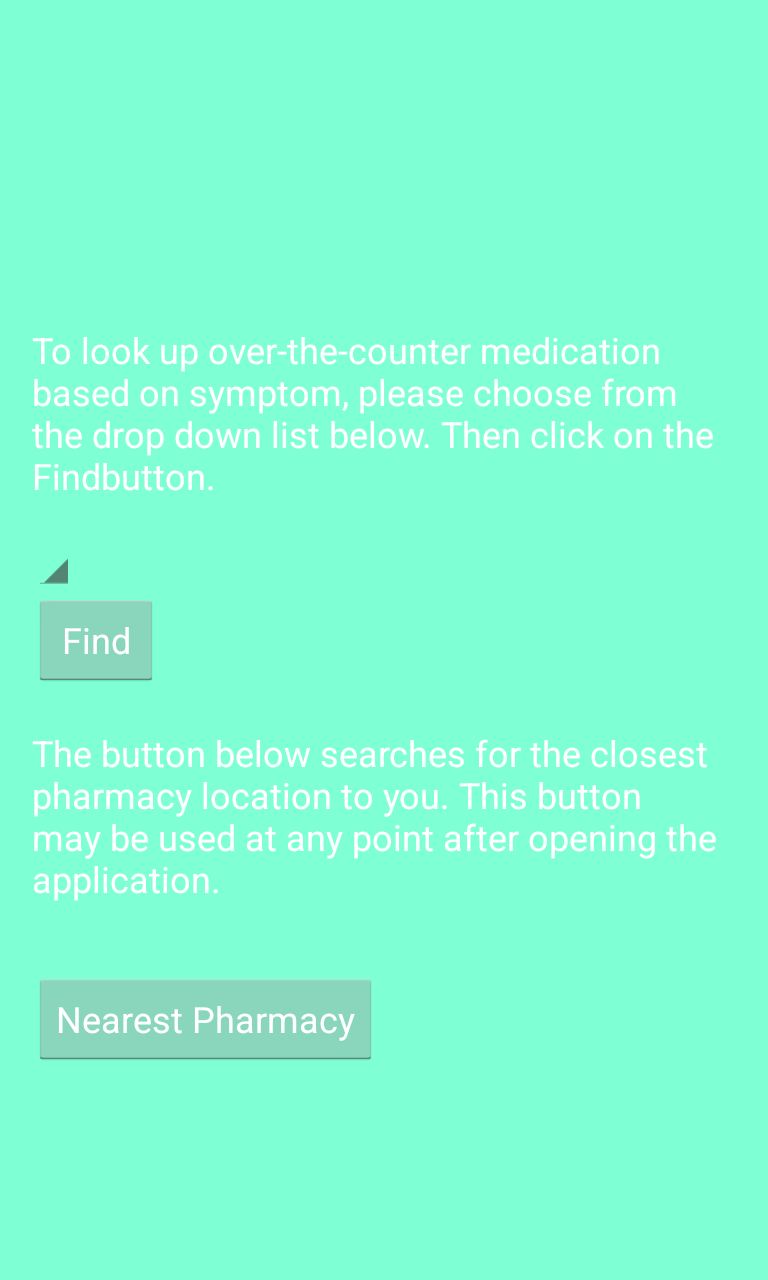
Repository: rosingrr/SympMeds
Layout: app/SympMeds/res/layout/activity_symptom_list.xml
An editor plug-in stored every save of this project. The layout is shown before and after the next save, followed by the edit.
It is drawn on a 768 x 1280 px phone screen (xhdpi) without system bars, with theme AppTheme; the app's code is not run.

Above is the layout before, as saved 2013-08-02 13:43:41.

### app/SympMeds/res/layout/activity_symptom_list.xml
<RelativeLayout xmlns:android="http://schemas.android.com/apk/res/android"
    xmlns:tools="http://schemas.android.com/tools"
    android:layout_width="match_parent"
    android:layout_height="match_parent"
    android:background="@color/aqua_marine"
    android:paddingBottom="@dimen/activity_vertical_margin"
    android:paddingLeft="@dimen/activity_horizontal_margin"
    android:paddingRight="@dimen/activity_horizontal_margin"
    android:paddingTop="@dimen/activity_vertical_margin"
    tools:context=".SymptomList" >

    <Button
        android:id="@+id/button1"
        android:layout_width="wrap_content"
        android:layout_height="wrap_content"
        android:layout_alignLeft="@+id/TextView01"
        android:layout_below="@+id/TextView01"
        android:layout_marginTop="34dp"
        android:text="@string/Button"
        android:textColor="@color/white" />

    <Button
        android:id="@+id/search_button"
        android:layout_width="wrap_content"
        android:layout_height="wrap_content"
        android:layout_alignLeft="@+id/symptom_spinner"
        android:layout_centerVertical="true"
        android:onClick="search"
        android:text="@string/search"
        android:textColor="@color/white" />

    <Spinner
        android:id="@+id/symptom_spinner"
        android:layout_width="wrap_content"
        android:layout_height="wrap_content"
        android:layout_above="@+id/search_button"
        android:layout_alignLeft="@+id/sympInstr_textView" />

    <TextView
        android:id="@+id/TextView01"
        android:layout_width="wrap_content"
        android:layout_height="wrap_content"
        android:layout_alignLeft="@+id/search_button"
        android:layout_below="@+id/search_button"
        android:layout_marginTop="20dp"
        android:text="@string/symptom_instructions1"
        android:textColor="@color/white"
        android:textSize="18" />

    <TextView
        android:id="@+id/sympInstr_textView"
        android:layout_width="wrap_content"
        android:layout_height="wrap_content"
        android:layout_above="@+id/symptom_spinner"
        android:layout_centerHorizontal="true"
        android:layout_marginBottom="14dp"
        android:text="@string/symptom_instructions"
        android:textColor="@color/white"
        android:textSize="18" />

</RelativeLayout>

### app/SympMeds/res/values/Colors.xml
<?xml version="1.0" encoding="utf-8"?>
<resources>
    <color name = "white">#ffffffff</color>
    <color name = "aqua_marine">#ff66cccc</color>
</resources>

### app/SympMeds/res/values/colors.xml
<?xml version="1.0" encoding="utf-8"?>
<resources>
    <color name="red">#ffff0000</color>
    <color name="green">#ff00ff00</color>
    <color name="blue">#ff0000ff</color>
    <color name="transparent_red">#ffff0000</color>
    <color name="steel_blue">#ff4682B4</color>
    <color name="crimson">#ffdc143c</color>
    <color name="sea_green">#ff2e8b57</color>
    <color name="aqua_marine">#ff7fffd4</color>
    <color name="white">#ffffffff</color>
    <color name="darker_aqua_marine">#ff3f7f6a</color>
    <color name="color1">#ff66cccc</color>
    <color name="color2">#ff33cccc</color>
    <color name="color3">#ff00cccc</color>
</resources>

### app/SympMeds/res/values/strings.xml
<?xml version="1.0" encoding="utf-8"?>
<resources>

    <string name="app_name">SympMeds</string>
    <string name="action_settings">Settings</string>
    <string name="nearest_pharmacy">Nearest Pharmacy</string>
    <string name="welcome">This app is not meant to be used as a replacement of a doctor. If symptoms become severe and/ or persistent we recommend you see a doctor immediately.</string>
    <string name="start">Get Started</string>

    <string name="title_activity_symptom_list">SymptomList</string>
    <string name="symptom_instructions">To look up over-the-counter medication based on symptom, please choose from the drop down list below. Then click on the "Find" button.</string>
    <string name="search">Find</string>
    <string name="symptoms">Symptoms</string>
    <string name="symptom_instructions1">The button below searches for the closest pharmacy location to you. This button may be used at any point after opening the application.</string>
    <string name="Button">Nearest Pharmacy</string>

    <string name="title_activity_drug_list">DrugList</string>
    <string name="symptom_name">name of symptom</string>
    <string name="symptom_description">description of symptom</string>
    <string name="drug_instructions">Choose a drug from the drop-down list and then push the Get Info button to pull up the information on the drug.</string>
    <string name="get_info">Get Info</string>
    <string name="end">/////</string>

    <string name="title_activity_drug_info">DrugInfo</string>
    <string name="drug_name">name of drug</string>
    <string name="symptoms_label">Symptoms the drug treats:</string>
    <string name="side_effects_label">Side-Effects drug might have:</string>
    <string name="directions_label">Directions of use:</string>
    <string name="unknown">unknown</string>
    <string name="medications">Medications</string>

</resources>

Loaded but not shown: app/SympMeds/res/values/styles.xml (common file); app/SympMeds/res/values-v11/styles.xml (common file); app/SympMeds/res/values-v14/styles.xml (common file); app/SympMeds/res/values/dimens.xml (common file)

After the next save:
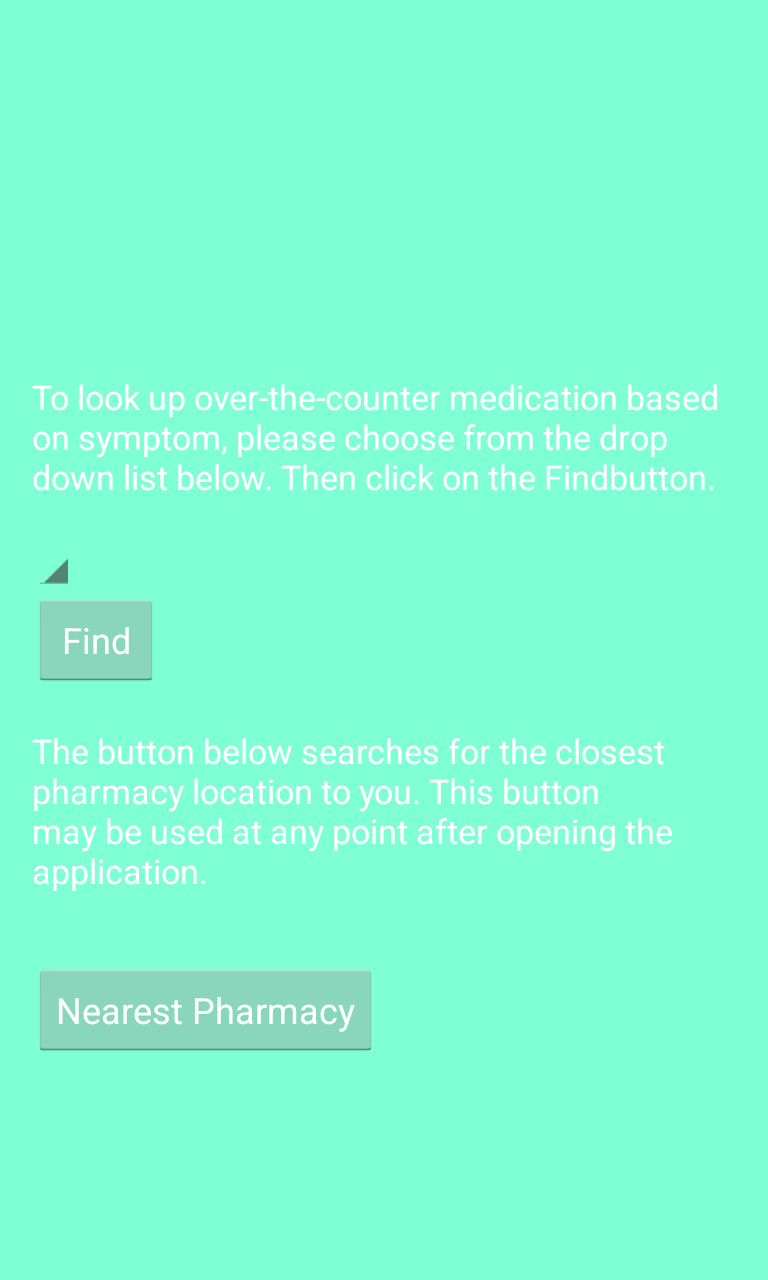
Saved 29 s later.
--- a/app/SympMeds/res/layout/activity_symptom_list.xml
+++ b/app/SympMeds/res/layout/activity_symptom_list.xml
@@ -45,7 +45,7 @@
         android:layout_marginTop="20dp"
         android:text="@string/symptom_instructions1"
         android:textColor="@color/white"
-        android:textSize="18" />
+        android:textSize="17" />
 
     <TextView
         android:id="@+id/sympInstr_textView"
@@ -56,6 +56,6 @@
         android:layout_marginBottom="14dp"
         android:text="@string/symptom_instructions"
         android:textColor="@color/white"
-        android:textSize="18" />
+        android:textSize="17" />
 
 </RelativeLayout>

After the save that followed:
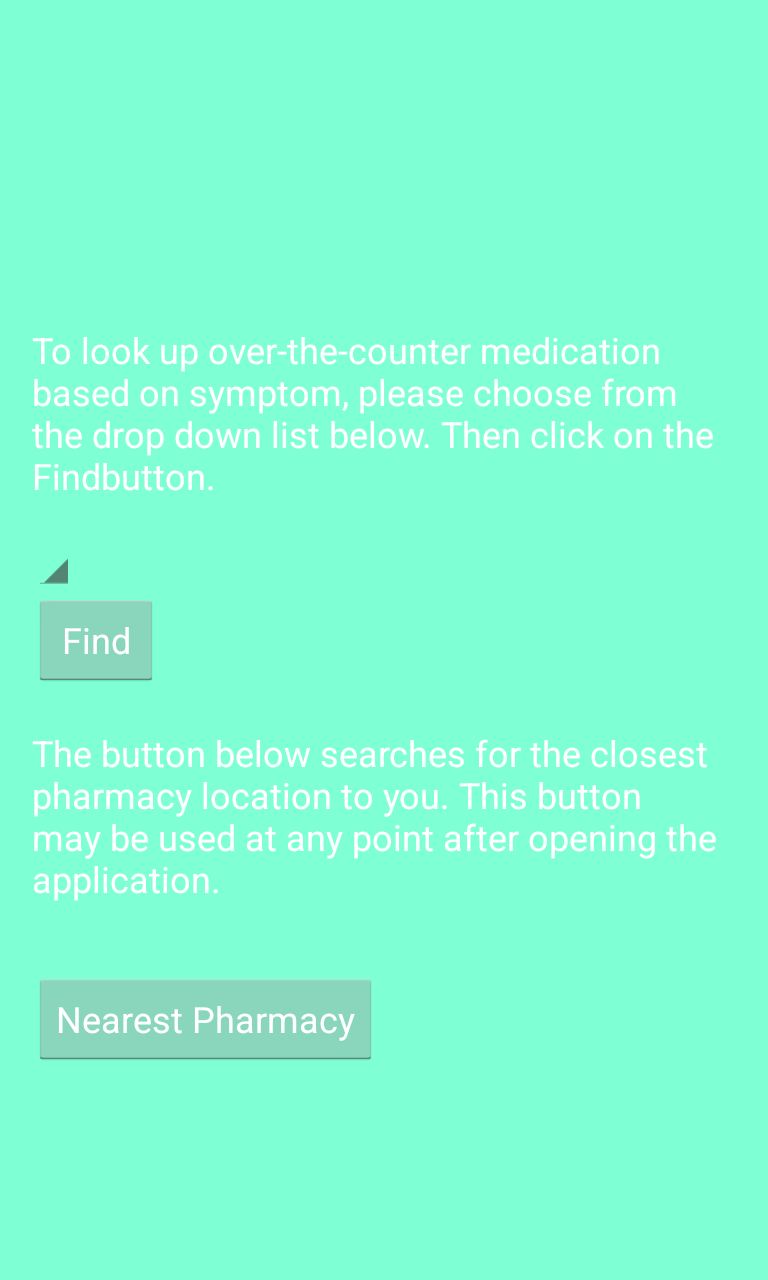
Saved 18 s later.
--- a/app/SympMeds/res/layout/activity_symptom_list.xml
+++ b/app/SympMeds/res/layout/activity_symptom_list.xml
@@ -45,7 +45,7 @@
         android:layout_marginTop="20dp"
         android:text="@string/symptom_instructions1"
         android:textColor="@color/white"
-        android:textSize="17" />
+        android:textSize="18" />
 
     <TextView
         android:id="@+id/sympInstr_textView"
@@ -56,6 +56,6 @@
         android:layout_marginBottom="14dp"
         android:text="@string/symptom_instructions"
         android:textColor="@color/white"
-        android:textSize="17" />
+        android:textSize="18" />
 
 </RelativeLayout>
